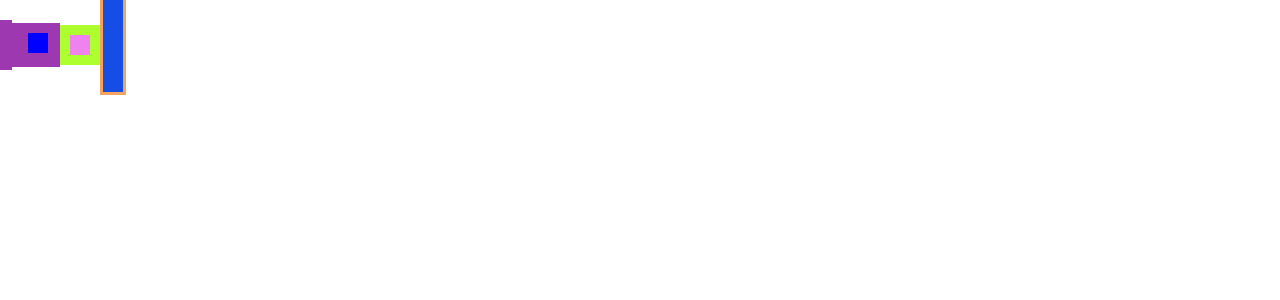
Repository: phanvu0103/HTML-CSS
Page: CSS_05_Border/index.html
The author's editor kept a copy of each file at every save. The page is drawn from the files as they stood at one save, then again after the next save.
The browser window is 1280 px wide. The pictures show the whole page.

Above is the page before, as saved 2022-09-28 09:08:23.

### CSS_05_Border/index.html
<!DOCTYPE html>
<html lang="en">
  <head>
    <meta charset="UTF-8" />
    <meta name="viewport" content="width=device-width, initial-scale=1.0" />
    <title>Document</title>
    <link rel="stylesheet" href="style.css" />
    <!-- <style>
      .box{
          width: 60px;
          height: 60px;
          color: #fff;
          display: flex;
          align-items: center;
          justify-content: center;
      }
      .box1 {
          background-color: red;
          border: 10px solid rgb(240, 216, 7) ;
      }
      .box2 {
          background-color: blue;
          padding: 10px;
          border-top-width:10px ;
          border-right-width:12px ;
          border-bottom-width:14px ;
          border-left-width:16px ;
          border-style:solid ;
          border-color: rgb(157, 56, 177);

      }
      .box3 {
          background-color: violet;
          padding: 10px;
          border-width:10px ;
          border-style:solid ;
          border-color: greenyellow;
      }
      .box4 {
          background-color: rgb(22, 77, 228);
          padding: 10px;
          border:  solid sandybrown ;
      /*
      border thì giá trị 2px
      */
    </style> -->
  </head>
  <body>
    <div class="box">
      <div class="box1"></div>
      <div class="box2"></div>
      <div class="box3"></div>
      <div class="box4"></div>
    </div>
  </body>
</html>

### CSS_05_Border/style.css
* {
  margin: 0;
  padding: 0;
  box-sizing: border-box;
}
html {
  margin: 0;
}
.box {
  width: 90px;
  height: 90px;
  color: rgb(167, 115, 115);
  display: flex;
  align-items: center;
  justify-content: center;
}
.box1 {
  background-color: red;
  border: 10px solid rgb(240, 216, 7);
  height: 50px;
  width: 50px;
  padding: 10px;
  border-top-width: 10px;
  border-right-width: 12px;
  border-bottom-width: 14px;
  border-left-width: 16px;
  border-style: solid;
  border-color: rgb(157, 56, 177);
}
.box2 {
  background-color: blue;
  padding: 10px;
  border-top-width: 10px;
  border-right-width: 12px;
  border-bottom-width: 14px;
  border-left-width: 16px;
  border-style: solid;
  border-color: rgb(157, 56, 177);
}
.box3 {
  background-color: violet;
  padding: 10px;
  border-width: 10px;
  border-style: solid;
  border-color: greenyellow;
}
.box4 {
  background-color: rgb(22, 77, 228);
  padding: 10px;
  border: solid sandybrown;
  background-size: 150px;
  height: 100px;
}
/*
border thì giá trị 2px
*/

After the next save:
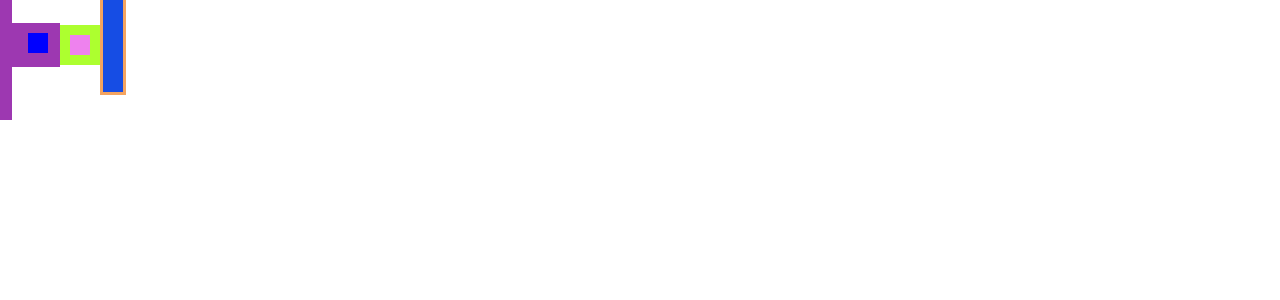
Saved 8 s later.
--- a/CSS_05_Border/style.css
+++ b/CSS_05_Border/style.css
@@ -17,8 +17,8 @@ html {
 .box1 {
   background-color: red;
   border: 10px solid rgb(240, 216, 7);
-  height: 50px;
-  width: 50px;
+  height: 150px;
+  width: 150px;
   padding: 10px;
   border-top-width: 10px;
   border-right-width: 12px;
